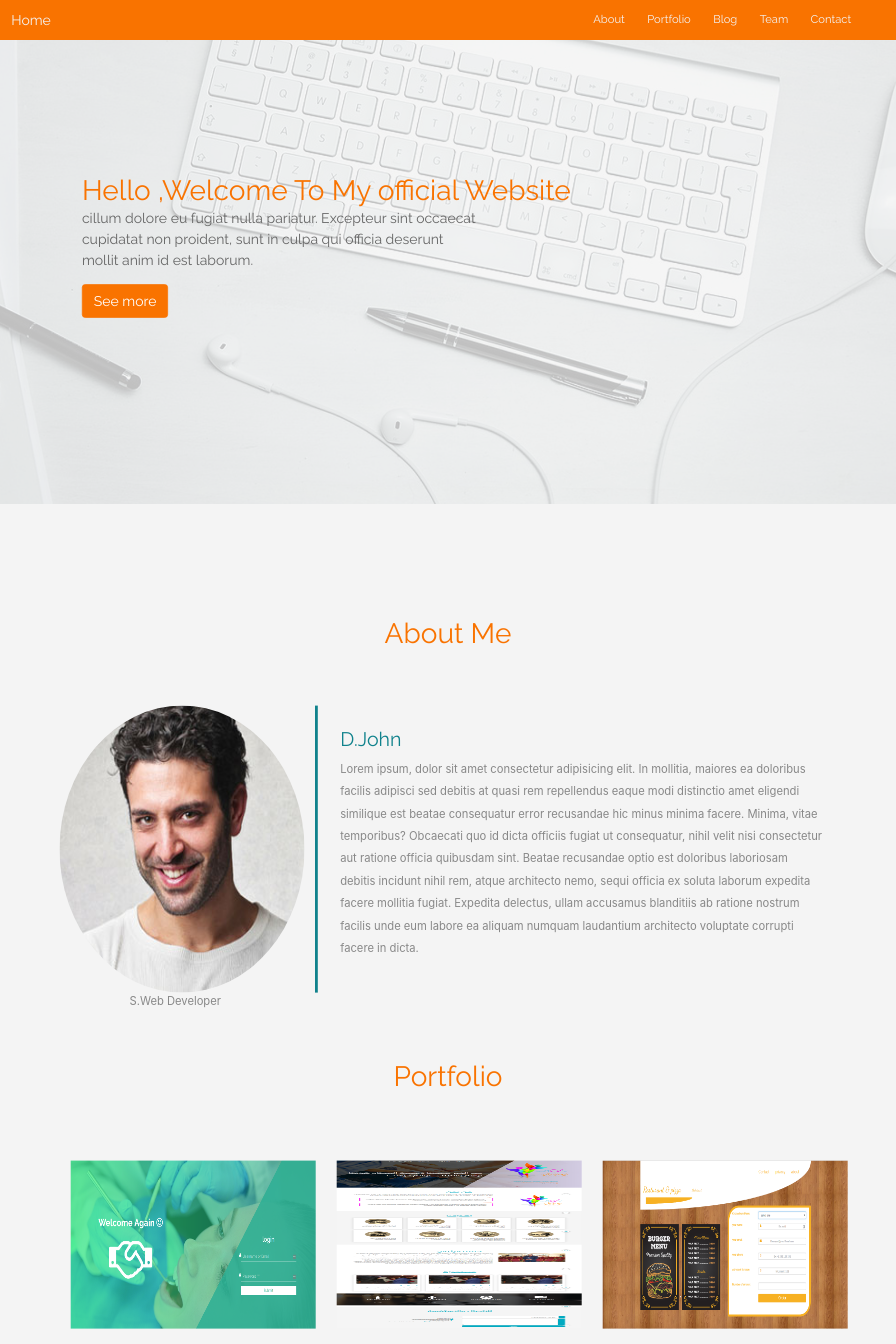
Repository: adrian9211/Bootstrap_website_Ruth
Page: index.html
These files come from the project's save history. The page is drawn as it stood at one moment and after a run of saves; the edit follows.
The browser window is 1280 px wide. The pictures show the part of the page from y = 0 to 1920 px (the page is 4159 px tall), at 70% of full size.
Some web libraries are served in a nearby version.

Above is the page before, as saved 2020-11-25 12:16:36.

### index.html
<!DOCTYPE html>
<html lang="en">
<head>
    <meta charset="UTF-8">
    <meta name="viewport" content="width=device-width, initial-scale=1.0">
    <title>Bootstrap 4 page</title>

    <link rel="stylesheet" href="css/bootstrap.min.css">
    <link rel="stylesheet" href="css/main.css">
</head>
<body>
    <!-- Navbar start -->
    <nav class="navbar navbar-expand-lg fixed-top">
        <a class="navbar-brand" href="#">Home</a>
        <button class="navbar-toggler" type="button" data-toggle="collapse" data-target="#navbarSupportedContent" aria-controls="navbarSupportedContent" aria-expanded="false" aria-label="Toggle navigation">
          <span class="navbar-toggler-icon"></span>
        </button>

        <div class="collapse navbar-collapse" id="navbarSupportedContent">
            <ul class="navbar-nav mr-4">
              <li class="nav-item">
                <a class="nav-link"  data-value="about" href="#">About</a>
              </li>
              <li class="nav-item">
                <a class="nav-link" data-value="portfolio" href="#">Portfolio</a>
              </li>
              <li class="nav-item">
                <a class="nav-link" data-value="blog" href="#">Blog</a>
              </li>
              <li class="nav-item">
                <a class="nav-link" data-value="team" href="#">Team</a>
              </li>
              <li class="nav-item">
                <a class="nav-link" data-value="contact" href="#">Contact</a>
              </li>
          </div>
    </nav>
    <!-- Navbar end -->
    <!-- Header section START -->
    <header class="header">
      <div class="overlay"></div>
       <div class="container">
           <div class="description ">
        <h1>
          Hello ,Welcome To My official Website
          <p>
          cillum dolore eu fugiat nulla pariatur. Excepteur sint occaecat cupidatat non
          proident, sunt in culpa qui officia deserunt mollit anim id est laborum.</p>
          <button class="btn btn-outline-secondary btn-lg">See more</button>
        </h1>
      </div>
       </div>

    </header>
    <!-- Header section END -->

    <!-- About section START -->

    <div class="about" id="about">
      <div class="container">
        <h1 class="text-center">About Me</h1>
          <div class="row">
            <div class="col-lg-4 col-md-4 col-sm-12">
              <img src="images/team-3.jpg"  class="img-fluid" alt="photo">
              <span class="text-justify">S.Web Developer</span>
            </div>
            <div class="col-lg-8 col-md-8 col-sm-12 desc">
              <h3>D.John</h3>
              <p>Lorem ipsum, dolor sit amet consectetur adipisicing elit. In mollitia, maiores ea doloribus facilis adipisci sed debitis at quasi rem repellendus eaque modi distinctio amet eligendi similique est beatae consequatur error recusandae hic minus minima facere. Minima, vitae temporibus? Obcaecati quo id dicta officiis fugiat ut consequatur, nihil velit nisi consectetur aut ratione officia quibusdam sint. Beatae recusandae optio est doloribus laboriosam debitis incidunt nihil rem, atque architecto nemo, sequi officia ex soluta laborum expedita facere mollitia fugiat. Expedita delectus, ullam accusamus blanditiis ab ratione nostrum facilis unde eum labore ea aliquam numquam laudantium architecto voluptate corrupti facere in dicta.</p>
            </div>
          </div>
      </div>
    </div>

    <!-- About section END -->

    <!-- Portfolio part START -->
    <div class="portfolio" id="portfolio">
      <h1 class="text-center">Portfolio</h1>
      <div class="container">
        <div class="row">
          <div class="col-lg-4 col-md-4 col-sm-12">
            <img src="images/portfolio/port13.png" alt="port3" class="img-fluid">
        </div>
          <div class="col-lg-4 col-md-4 col-sm-12">
            <img src="images/portfolio/port1.png" alt="port1" class="img-fluid">
        </div>
          <div class="col-lg-4 col-md-4 col-sm-12">
            <img src="images/portfolio/port6.png" alt="port6" class="img-fluid">
        </div>
          <div class="col-lg-4 col-md-4 col-sm-12">
            <img src="images/portfolio/port3.png" alt="port3" class="img-fluid">
        </div>
          <div class="col-lg-4 col-md-4 col-sm-12">
            <img src="images/portfolio/port11.png" alt="port11" class="img-fluid">
        </div>
          <div class="col-lg-4 col-md-4 col-sm-12">
            <img src="images/portfolio/electric.png" alt="electric" class="img-fluid">
        </div>
          <div class="col-lg-4 col-md-4 col-sm-12">
            <img src="images/portfolio/Classic.jpg" alt="classic" class="img-fluid">
        </div>
          <div class="col-lg-4 col-md-4 col-sm-12">
            <img src="images/portfolio/port1.png" alt="port1" class="img-fluid">
        </div>
          <div class="col-lg-4 col-md-4 col-sm-12">
            <img src="images/portfolio/port8.png" alt="port8" class="img-fluid">
        </div>
      </div>
    </div>
    </div>

    <!-- Portfolio part END -->

    <!-- Posts section START -->
    <div class="blog" id="blog">
      <div class="container">
        <h1 class="text-center">Blog</h1>
        <div class="row">
          <div class="col-lg-4 col-md-4 col-sm-12" >
            <div class="card">
              <div class="card-img">
                <img src="images/posts/polit.jpg" alt="polit" class="img-fluid">
              </div>
              <div class="card-body">
                <h4 class="card-title">Post Title</h4>
                <p class="card-text">
                  Lorem ipsum dolor sit amet consectetur adipisicing elit. Fuga, at, mollitia et labore est quo ratione suscipit iste consequatur quos quidem nulla asperiores eveniet repellat odit. Reprehenderit enim vitae ratione ab veniam, temporibus sapiente quasi tenetur voluptatem repellat ea ipsam rerum consectetur unde quia exercitationem tempore debitis laborum qui dolores!
                </p>
              </div>
              <div class="card-footer">
                <a href="" class="card-link"> Read more</a>
              </div>
            </div>
          </div>
          <div class="col-lg-4 col-md-4 col-sm-12">
            <div class="card">
              <div class="card-img">
                <img src="images/posts/images.jpg" alt="images" class="img-fluid">
              </div>
              <div class="card-body">
                <h4 class="card-title">Post Title</h4>
                <p class="card-text">
                  Lorem ipsum dolor sit amet consectetur adipisicing elit. Ex earum ad, labore aperiam magnam maiores quaerat, sapiente a aut mollitia veritatis molestiae reprehenderit pariatur eum cum minima? Nulla, quia. Libero laborum ullam unde beatae error vero iure soluta, itaque sint debitis sequi! Provident, quam facilis vero animi eaque illum dignissimos.
                </p>
              </div>
              <div class="card-footer">
                <a href="" class="card-link">Read more</a>
              </div>
            </div>
          </div>
          <div class="col-lg-4 col-md-4 col-sm-12">
            <div class="card">
              <div class="card-img">
                <img src="images/posts/imag2.jpg" alt="images" class="img-fluid">
              </div>
              <div class="card-body">
                <h4 class="card-title">Post Title</h4>
                <p class="card-text">
                  Lorem ipsum dolor sit amet consectetur adipisicing elit. Ex earum ad, labore aperiam magnam maiores quaerat, sapiente a aut mollitia veritatis molestiae reprehenderit pariatur eum cum minima? Nulla, quia. Libero laborum ullam unde beatae error vero iure soluta, itaque sint debitis sequi! Provident, quam facilis vero animi eaque illum dignissimos.
                </p>
              </div>
              <div class="card-footer">
                <a href="" class="card-link">Read more</a>
              </div>
            </div>
          </div>
        </div>
      </div>
    </div>
    <!-- Posts section END -->

    <!-- Team Section START -->
    <div class="team" id="team">
      <div class="container">
      <h1 class="text-center">Our Team</h1>
        <div class="row">
          <div class="col-lg-3 col-md-3 col-sm-12 item">
            <img src="images/team-2.jpg" alt="team-2" class="img-fluid">
            <div class="des">
              Sara
            </div>
            <span class="text-muted">Manager</span>
          </div>
          <div class="col-lg-3 col-md-3 col-sm-12 item">
            <img src="images/team-3.jpg" alt="team-2" class="img-fluid">
            <div class="des">
              Chris
            </div>
            <span class="text-muted">S.enginnern</span>
          </div>
          <div class="col-lg-3 col-md-3 col-sm-12 item">
            <img src="images/team-2.jpg" alt="team-2" class="img-fluid">
            <div class="des">
              Layla
            </div>
            <span class="text-muted">Front End Developer</span>
          </div>
          <div class="col-lg-3 col-md-3 col-sm-12 item">
            <img src="images/team-3.jpg" alt="team-2" class="img-fluid">
            <div class="des">
              J.Jirard
            </div>
            <span class="text-muted">Team Manager</span>
          </div>
        </div>
      </div>
    </div>
    <!-- Team Section END -->

    <!-- Contact section START -->

    <div class="contact-form" id="contact">
      <div class="container">
        <form>
          <div class="row">
            <div class="col-lg-4 col-md-4 col-sm-12" >
              <h1>Get in Touch</h1>
            </div>
            <div class="col-lg-4 col-md-4 col-sm-12 right">
              <div class="form-group">
                <input type="text" class="form-control form-control-lg" placeholder="Your Name" name="name">
              </div>
              <div class="form-group">
                <input type="text" class="form-control form-control-lg" placeholder="YourEmail@email.com" name="email">
              </div>
              <div class="form-group">
                <textarea class="form-control form-control-lg">

                </textarea>
              </div>
              <input type="submit" class="btn btn-secondary btn-block" value="Send" name="">
            </div>
          </div>
        </form>
      </div>
    </div>

    <!-- Contact section END-->

    <!-- JS files section -->
    <script src="https://cdnjs.cloudflare.com/ajax/libs/popper.js/1.12.9/umd/popper.min.js" integrity="sha384-ApNbgh9B+Y1QKtv3Rn7W3mgPxhU9K/ScQsAP7hUibX39j7fakFPskvXusvfa0b4Q" crossorigin="anonymous"></script>
    <script type="text/javascript" src="js/jquery.min.js"></script>
    <script type="text/javascript" src="js/bootstrap.min.js"></script>
    <script type="text/javascript" src="js/main.js"></script>
</body>
</html>

### css/main.css
@import url('https://fonts.googleapis.com/css?family=Raleway');

body{
	padding: 0;
	margin: 0;
	background:#f4f4f4;
}
html,h1,h2,h3,h4,h5,h6,a{
	font-family: "Raleway";
}
.navbar{
	background:#F97300;
}
.nav-link , .navbar-brand{
	color: #f4f4f4;
	cursor: pointer;
}
.nav-link{
	margin-right: 1em !important;
}
.nav-link:hover{
	background: #f4f4f4;
	color: #f97300;
}
.navbar-collapse{
 justify-content: flex-end;
}
.navbar-toggler{
  background:#fff !important;

}

/*header style*/
.header{
	/* height: 40vh; */
	position: relative;
	background-image: url('../images/headerback.jpg');
	background-size: cover;
	background-position: center;
}
.overlay{
	position: absolute;
	min-height: 100%;
	min-width: 100%;
	left: 0;
	top: 0;
	background: rgba(244, 244, 244, 0.79);
}
.description{
    position: absolute;
    top: 30%;
    margin: auto;
    padding: 2em;

}
.description h1{
	color:#F97300 ;
}
.description p{
	color:#666;
	font-size: 20px;
	width: 50%;
	line-height: 1.5;
}
.description button{
	border:1px  solid #F97300;
	background:#F97300;
	color:#fff;
}
.about{
	margin: 4em 0;
	padding: 1em;
	position: relative;
}
.about h1{
	color:#F97300;
	margin: 2em;
}
.about img{
	height: 100%;
    width: 100%;
    border-radius: 50%
}
.about span{
	display: block;
	color: #888;
	position: absolute;
	left: 115px;
}
.about .desc{
	padding: 2em;
	border-left:4px solid #10828C;
}
.about .desc h3{
	color: #10828C;
}
.about .desc p{
	line-height:2;
	color:#888;
}


/*Portfolio*/
.portfolio{
	margin: 4em 0;
    position: relative;
}
.portfolio h1{
	color:#F97300;
	margin: 2em;
}
.portfolio img{
	 height: 15rem;
	 width: 100%;
	 margin: 1em;
}

/*blog style*/
.blog{
	margin: 4em 0;
	position: relative;
}
.blog h1{
	color:#F97300;
	margin: 2em;
}
.blog .card{
	box-shadow: 0 0 20px #ccc;
}
.blog .card img{
	width: 100%;
	height: 12em;
}
@media and (max-width: 768px){
 .team .item img{
 	width: 100%;
 }
}
.blog .card-title{
	color:#F97300;
}

.blog .card-body{
	padding: 1em;
}
.team{
	margin: 4em 0;
	position: relative;

}
.team h1{
	color:#F97300;
	margin: 2em;
}
.team .item{
	position: relative;
	overflow: hidden;
}
.team .des{
	background: #F97300;
	color: #fff;
	text-align: center;
	border-top-right-radius: 93%;
	transition:.3s ease-in-out;
	position: absolute;
	width: 88%;
	bottom: 24px;


}
.team .item:hover .des{
	height: 100%;
	background:#f973007d;
    position: absolute;
	width: 89%;
	padding: 5em;
	top: 0;
	border-top-right-radius: 0;
}
.contact-form{
	margin: 6em 0;
	position: relative;
}

.contact-form h1{
	padding:2em 1px;
	color: #F97300;
}
.contact-form .right{
	max-width: 600px;
}
.contact-form .right .btn-secondary{
	background:  #F97300;
	color: #fff;
	border:0;
}
.contact-form .right .form-control::placeholder{
	color: #888;
	font-size: 16px;
}

Loaded but not shown: css/bootstrap.min.css (library); js/jquery.min.js (library); js/bootstrap.min.js (library); js/main.js (common file)

After the next 3 saves:
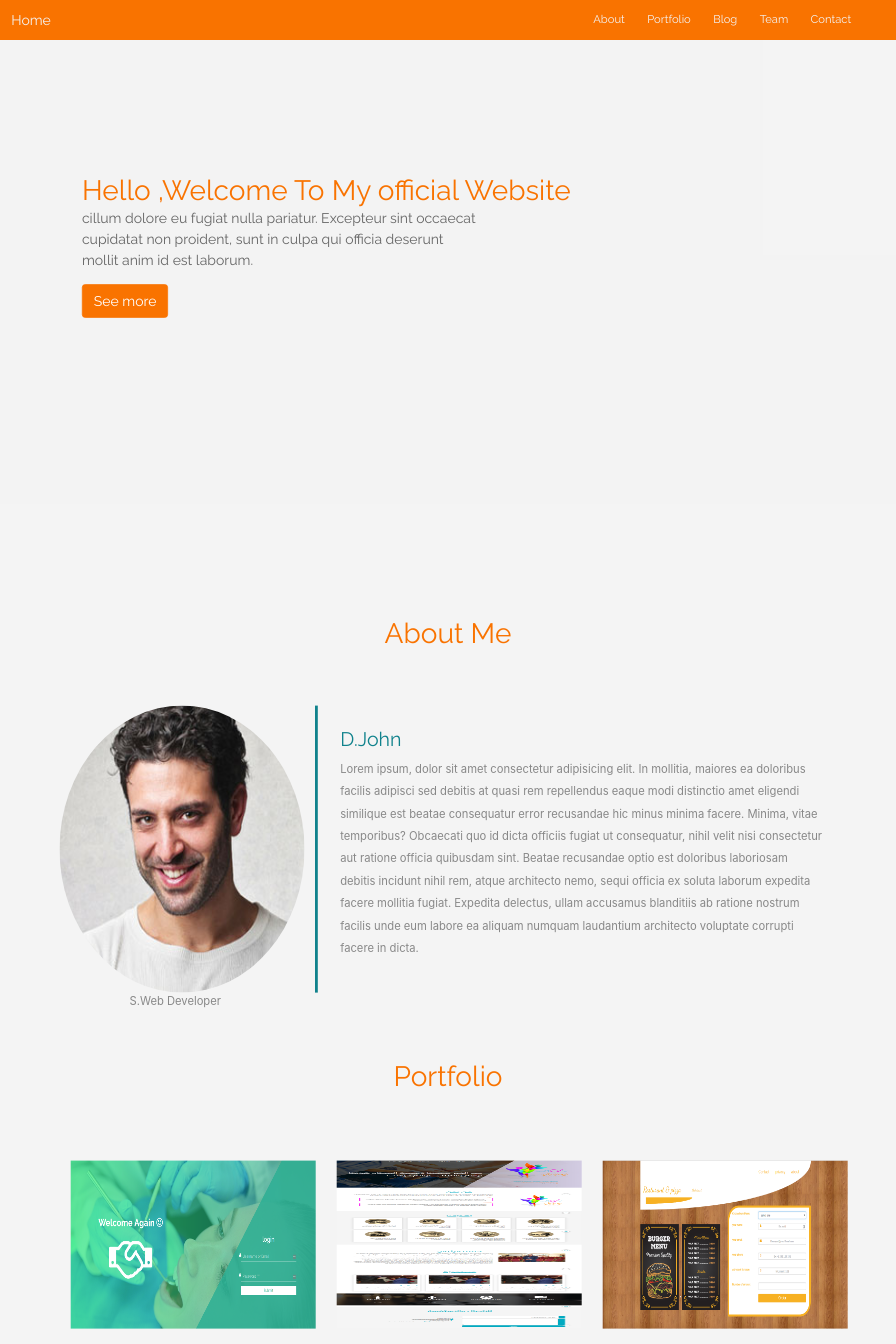
The 3 saves are shown as one change because they came seconds apart.
The last was saved 8 s later.
--- a/css/main.css
+++ b/css/main.css
@@ -30,6 +30,7 @@
 
 }
 
+.n
 /*header style*/
 .header{
 	/* height: 40vh; */

After the 2 saves that followed:
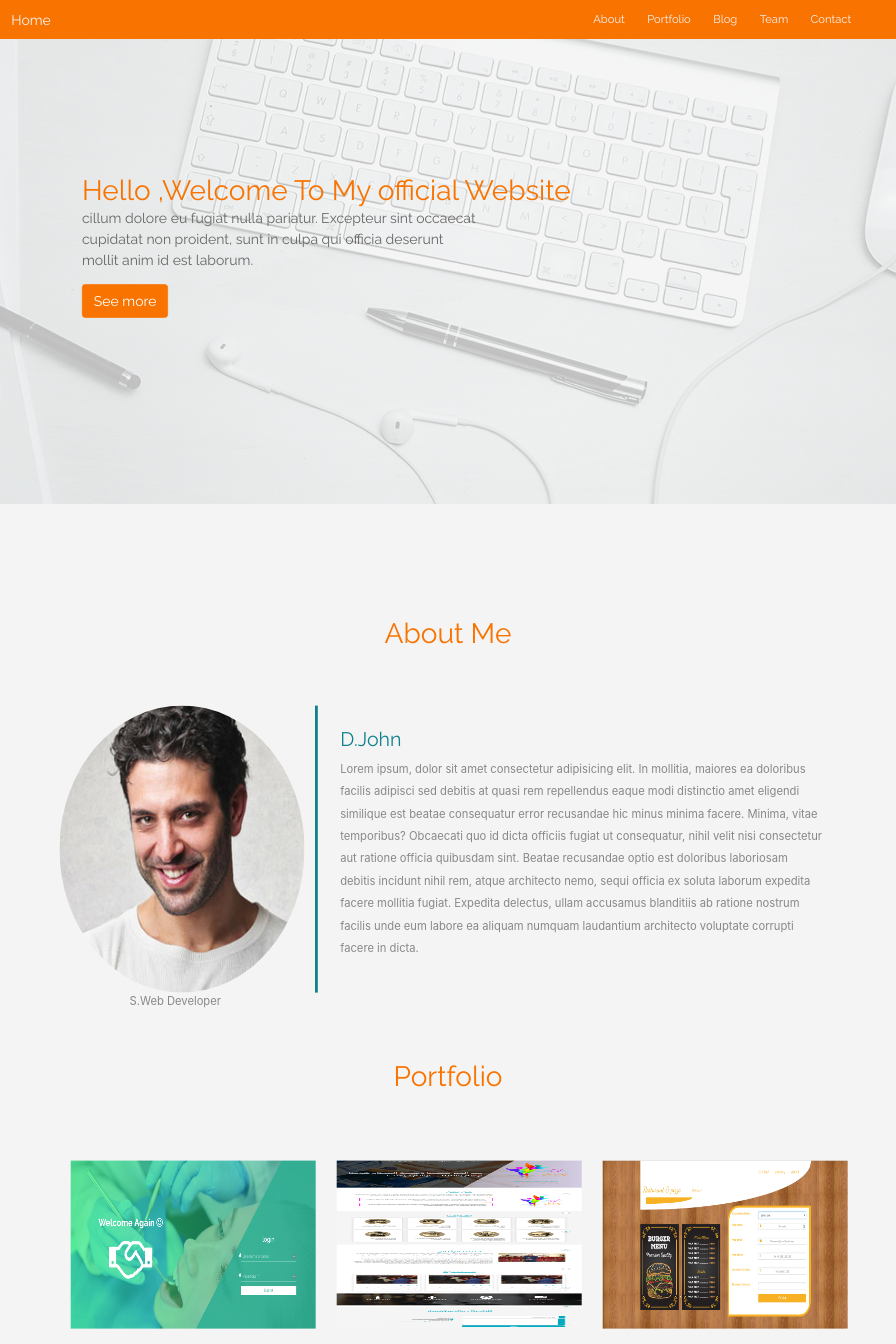
The 2 saves are shown as one change because 1 left the picture as it was.
The last was saved 11 s later.
--- a/css/main.css
+++ b/css/main.css
@@ -30,7 +30,9 @@
 
 }
 
-.n
+.navbar-toggler-icon {
+
+}
 /*header style*/
 .header{
 	/* height: 40vh; */
